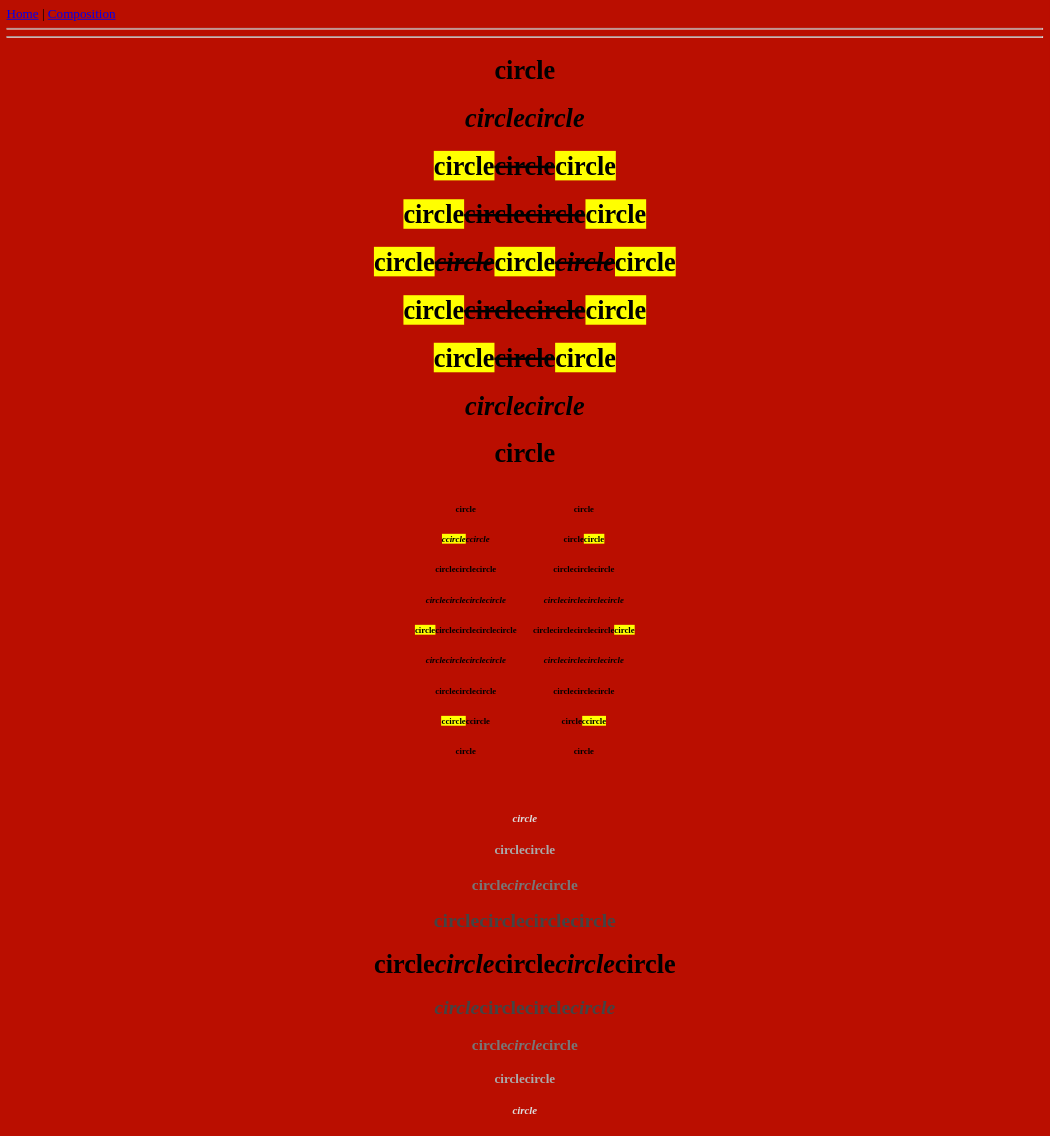
Repository: parkh899/parkh899.github.io
Page: lab/composition2.html
The author's editor kept a record of every edit. The page is drawn from the files as they stood at one moment, then again after the next edit.
The browser window is 1280 px wide. The pictures show the whole page, at 82% of full size.

Above is the page before.

After the next edit:
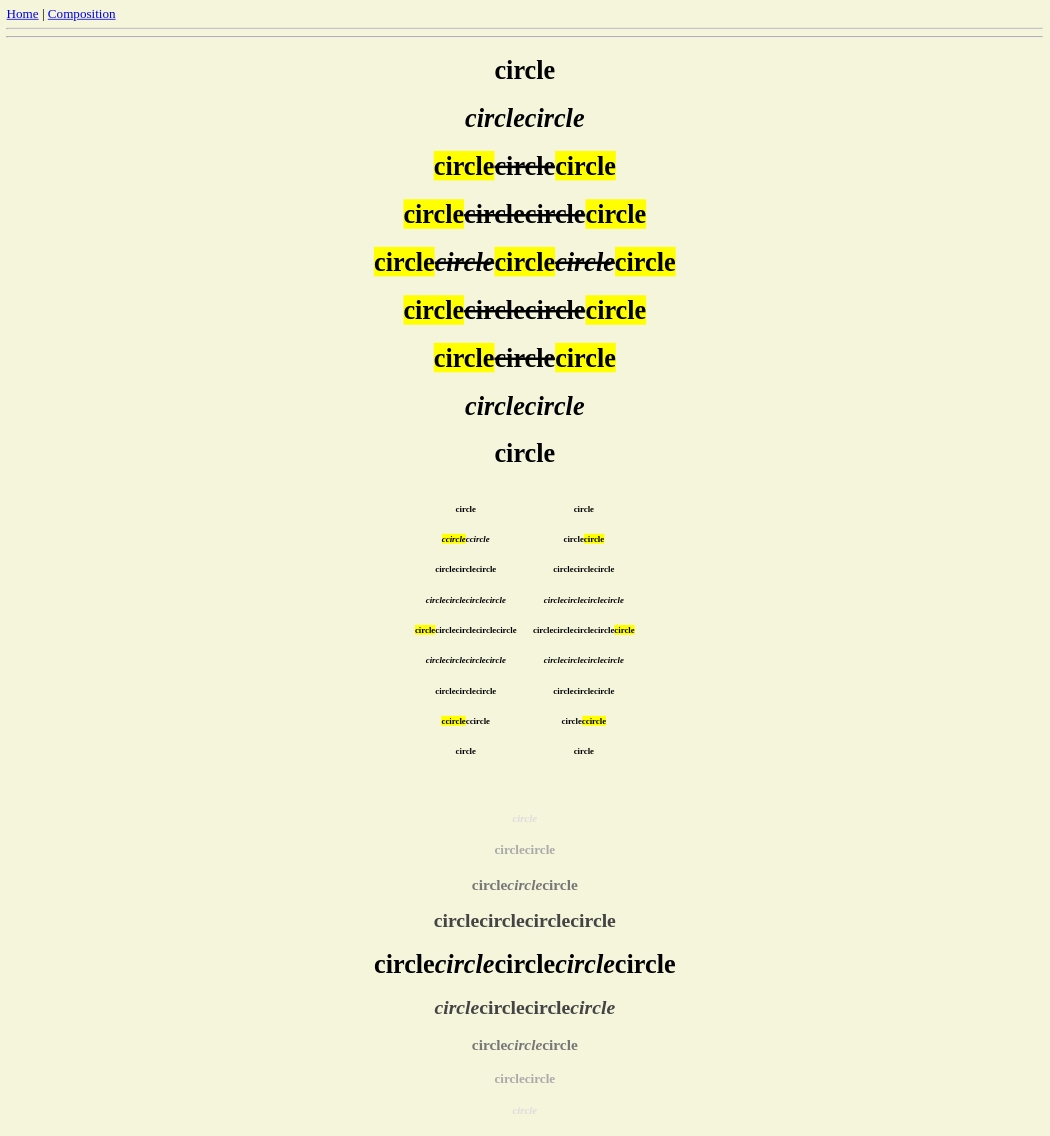
The edit:
--- a/lab/composition2.html
+++ b/lab/composition2.html
@@ -6,7 +6,7 @@
 <hr/>
 <hr/>
 
-<body bgcolor="bage">
+<body bgcolor="beige">
 
 <center>
 
